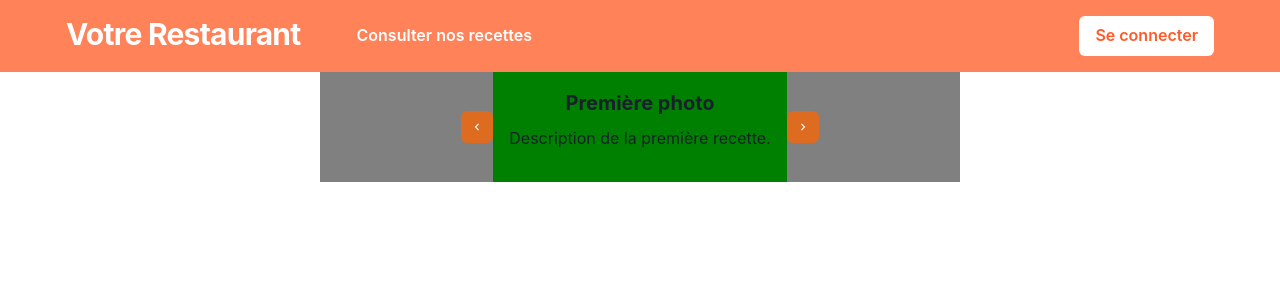
Repository: Ecaron76/tp-restau-next
Page: /
An editor plug-in stored every save of this project. The page is shown before and after the next save, followed by the edit.
The browser window is 1280 px wide. The pictures show the whole page.
The project was rebuilt for these pictures with package versions that can differ from the ones it lists, and the page was loaded fresh each time. The framework's server and built-in components were replaced by stand-ins that run in the browser. Also part of the build but not shown: next.config.mjs.

Above is the page before, as saved 2024-02-25 18:53:26.

After the next save:
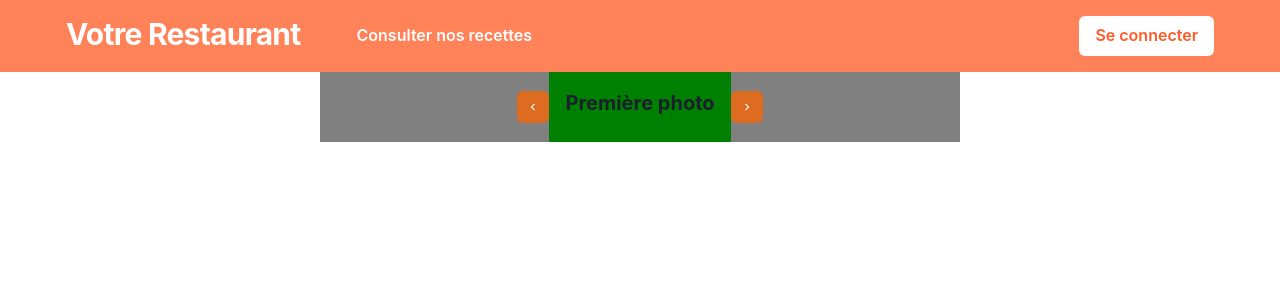
Saved 20 s later.
--- a/src/components/SliderResto/SliderResto.tsx
+++ b/src/components/SliderResto/SliderResto.tsx
@@ -5,9 +5,9 @@ import { useState } from "react";
 export default function SliderResto() {
     const [currentSlide, setCurrentSlide] = useState(0);
     const slides = [
-        { id: 1, title: 'Première photo', description: 'Description de la première recette.' },
-        { id: 2, title: 'Deuxième photo', description: 'Description de la deuxième recette.' },
-        { id: 3, title: 'Troisième photo', description: 'Description de la troisième recette.' },
+        { id: 1, title: 'Première photo', },
+        { id: 2, title: 'Deuxième photo',  },
+        { id: 3, title: 'Troisième photo',  },
       ];
 
       const goToNextSlide = () => {
@@ -30,9 +30,6 @@ export default function SliderResto() {
       <Text fontSize="xl" fontWeight="bold" mb={2}>
         {slides[currentSlide].title}
       </Text>
-      <Text fontSize="md" mb={4}>
-        {slides[currentSlide].description}
-      </Text>
       <Box position="absolute" bottom="0" left="50%" transform="translateX(-50%)">
 
 
